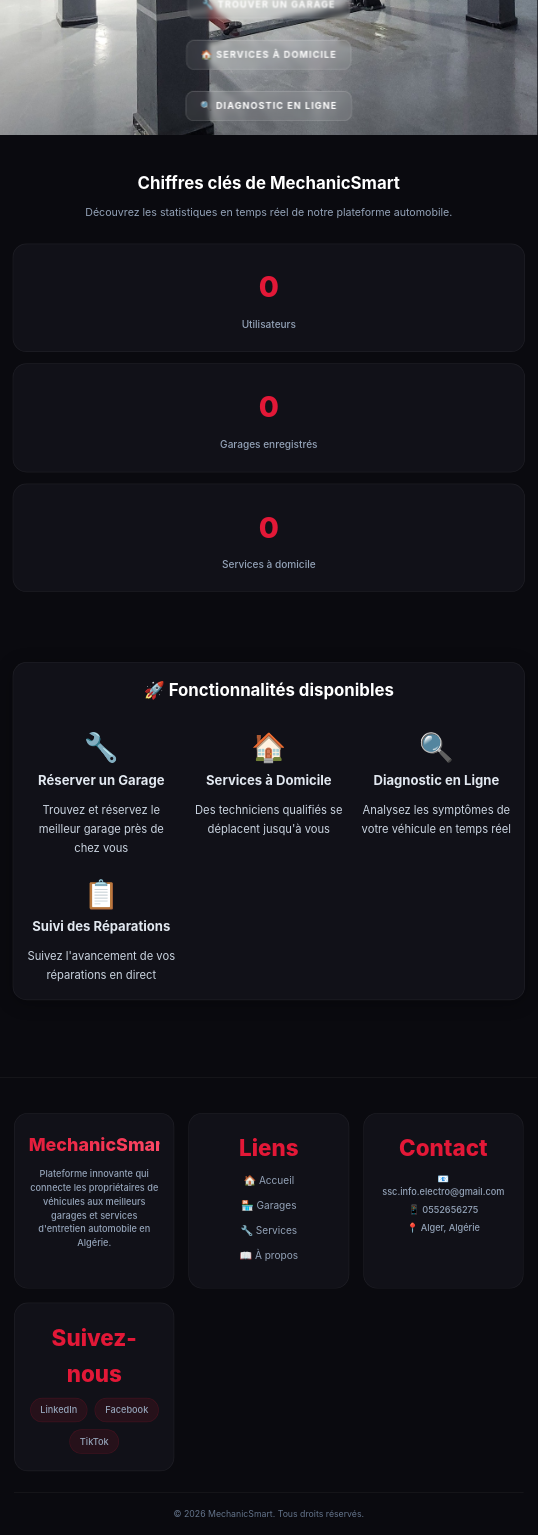
Repository: sscinfoelectro-oss/MPS-V-4
Page: / (app in frontend/)
An editor plug-in stored every save of this project. The page is shown before and after the next save, followed by the edit.
The browser window is 768 px wide. The pictures show the part of the page from y = 557 to 2797 px (the page is 2750 px tall before and 2797 px after), at 70% of full size.
The page's requests for data from a server got no answer. The project was rebuilt for these pictures with package versions that can differ from the ones it lists, and the page was loaded fresh each time. No one was signed in, and anything a server would have sent is missing. Also part of the build but not shown: frontend/vite.config.js.

Above is the page before, as saved 2026-05-09 22:54:40.

After the next save:
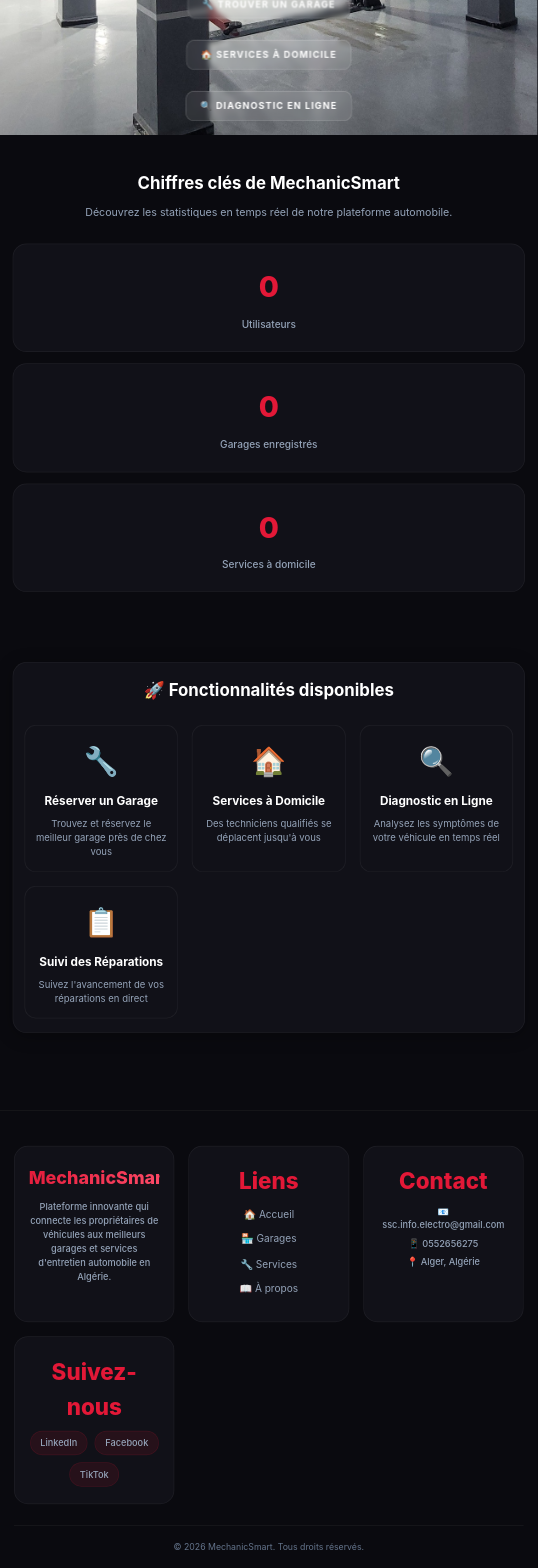
Saved 33 s later.
--- a/frontend/src/styles.css
+++ b/frontend/src/styles.css
@@ -924,3 +924,111 @@
   justify-content: center;
   gap: 6px;
 }
+
+/* ===== FEATURE ITEMS (HomePage) ===== */
+.feature-item {
+  background: var(--surface-card);
+  padding: 24px 16px;
+  border-radius: 16px;
+  border: 1px solid var(--border-subtle);
+  transition: all 0.3s ease;
+  text-align: center;
+}
+
+.feature-item:hover {
+  transform: translateY(-4px);
+  border-color: rgba(227, 24, 55, 0.2);
+  box-shadow: 0 8px 32px rgba(0, 0, 0, 0.3);
+}
+
+.feature-item h3 {
+  color: #ffffff;
+  margin: 12px 0 8px;
+  font-size: 1.05rem;
+}
+
+.feature-item p {
+  color: var(--gray-400);
+  font-size: 0.85rem;
+  line-height: 1.5;
+  margin: 0;
+}
+
+/* ===== DIAGNOSTIC RESULT ===== */
+.diagnostic-result-card {
+  margin-top: 30px;
+  padding: 20px;
+  border-radius: 12px;
+  background: rgba(0, 0, 0, 0.2);
+}
+
+/* ===== APPOINTMENT CARD ===== */
+.appointment-card {
+  background: #0f172a;
+  padding: 16px;
+  border-radius: 12px;
+  border: 1px solid rgba(255, 255, 255, 0.1);
+  transition: all 0.2s ease;
+}
+
+.appointment-card:hover {
+  border-color: rgba(227, 24, 55, 0.2);
+}
+
+/* ===== REPAIR TIMELINE ===== */
+.repair-timeline-item {
+  display: flex;
+  gap: 15px;
+  margin-bottom: 15px;
+  position: relative;
+  padding-left: 30px;
+}
+
+.repair-timeline-dot {
+  position: absolute;
+  left: 5px;
+  top: 4px;
+  width: 16px;
+  height: 16px;
+  border-radius: 50%;
+  border: 3px solid #0f172a;
+}
+
+.repair-timeline-line {
+  position: absolute;
+  left: 12px;
+  top: 24px;
+  bottom: -15px;
+  width: 2px;
+  background: rgba(227, 24, 55, 0.3);
+}
+
+/* ===== ADMIN TABS ===== */
+.admin-tab-btn {
+  padding: 10px 20px;
+  border-radius: 30px;
+  border: none;
+  font-weight: bold;
+  cursor: pointer;
+  transition: all 0.2s;
+}
+
+/* ===== BOOKING FORM ===== */
+.booking-form-container {
+  margin-top: 15px;
+  padding: 15px;
+  background: #1e293b;
+  border-radius: 10px;
+  border: 1px solid rgba(255, 255, 255, 0.1);
+}
+
+/* ===== RESPONSIVE ===== */
+@media (max-width: 768px) {
+  .feature-item {
+    padding: 18px 12px;
+  }
+
+  .repair-timeline-item {
+    padding-left: 25px;
+  }
+}
